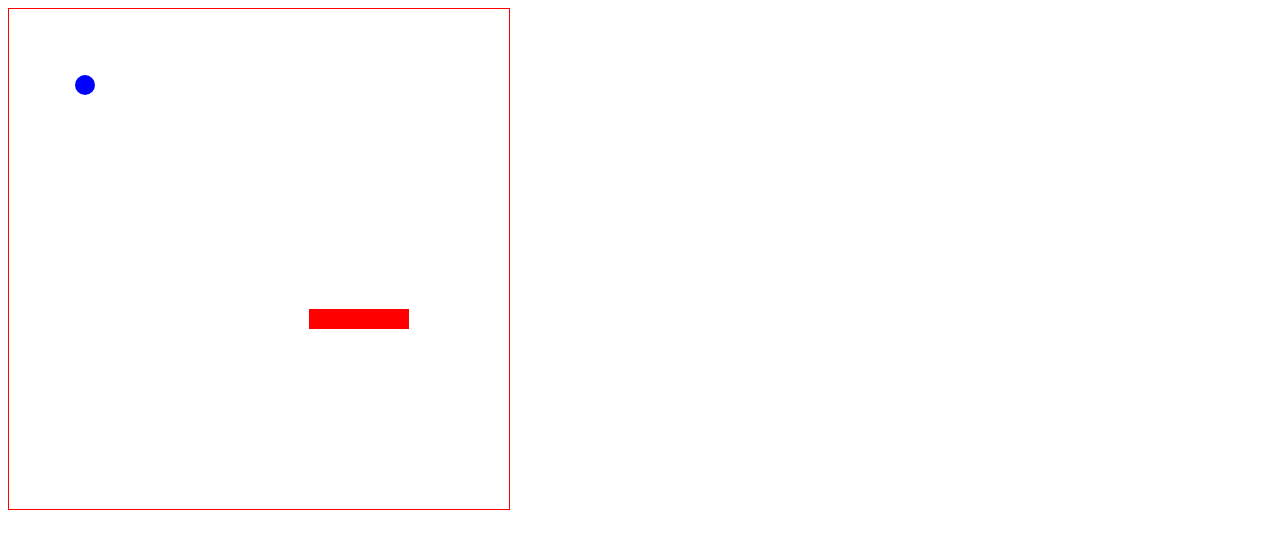
Repository: huynhsang96/CaseJS
Page: Demo_case/index.html
An editor plug-in stored every save of this project. The page is shown before and after the next save, followed by the edit.
The browser window is 1280 px wide. The pictures show the whole page.

Above is the page before, as saved 2022-02-14 12:21:04.

### Demo_case/index.html
<!DOCTYPE html>
<html lang="en">
<head>
    <meta charset="UTF-8">
    <meta http-equiv="X-UA-Compatible" content="IE=edge">
    <meta name="viewport" content="width=device-width, initial-scale=1.0">
    <title>Document</title>
</head>
<body>
    <canvas id="myCanvas" width="500" height="500" style="border:1px solid red;">
        <script src="./ball.js"></script>
        <script src="./main.js"></script>

    <script>

    </script>
</body>
</html>

### Demo_case/ball.js
class Ball{
    constructor(x, y, radius, color){
        this.x = x;
        this.y = y;
        this.radius = radius;
        this.color = color;
        this.canvas = document.getElementById("myCanvas");
        this.ctx = this.canvas.getContext('2d');
    }

    draw(){
        this.ctx.beginPath();
        this.ctx.fillStyle = this.color;
        this.ctx.arc(this.x, this.y, this.radius, 0, Math.PI * 2)
        this.ctx.fill();
        this.ctx.closePath()
    }

    // move(){
    //     this.ctx.clearRect(0,0,this.canvas.Width,this.canvas.height); // xóa canvas
    //     this.draw();
    //     this.x += 5;
    //     requestAnimationFrame(this.move);
    // }
}

### Demo_case/main.js
// let ball1 = new Ball(20,20,20,"blue")
// ball1.draw();
// ball1.move();

const canvas = document.getElementById("myCanvas");
const ctx = canvas.getContext("2d");

let radius = 10;
let x = radius;
let y = radius;

let dx = 3;
let dy = 3;

function drawBall(){
    ctx.beginPath();
    ctx.arc(x,y,radius,0,Math.PI*2);
    ctx.fillStyle = "blue";
    ctx.fill();
    ctx.closePath();
}
drawBall()

function collision(){
    if(x+radius > canvas.width || x < radius ){
        dx = -dx
    }

    if(y+radius > canvas.width || y < radius ){
        dy = -dy
    }
}

function updateBall(){
    x += dx;
    y += dy;
}

function drawBar(){
    ctx.beginPath();
    ctx.rect(300,300,100,20);
    ctx.fillStyle = "red";
    ctx.fill();
    ctx.closePath();
}

function behavior(){
    ctx.clearRect(0,0,canvas.width,canvas.height);
    drawBall()

    collision()

    updateBall()

    drawBar()

    requestAnimationFrame(behavior)
}

behavior()

After the next save:
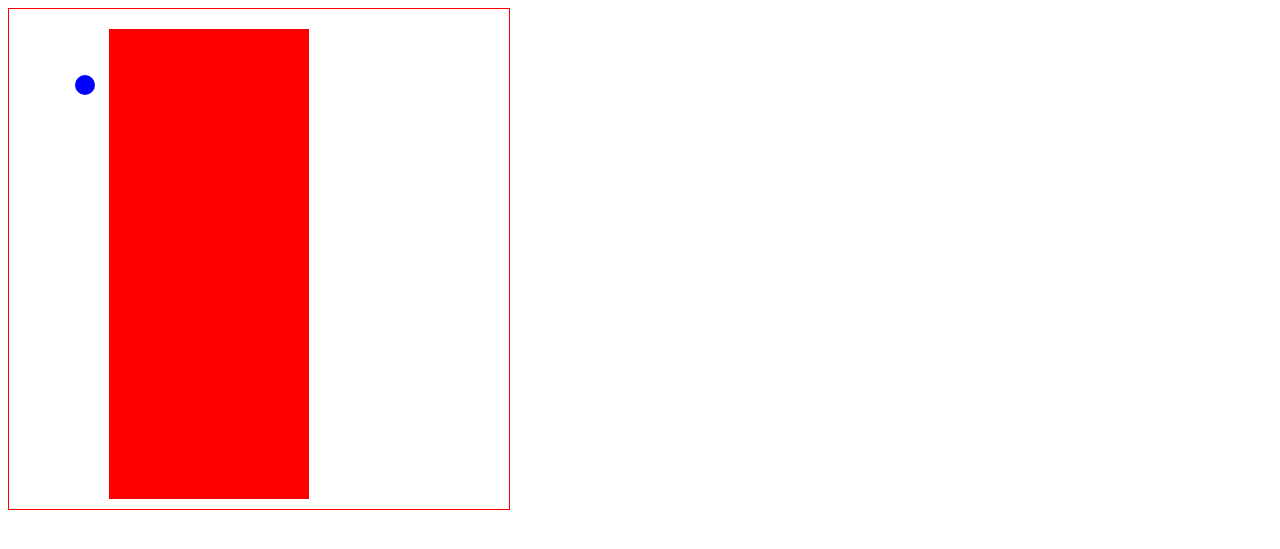
Saved 2 min 33 s later.
--- a/Demo_case/main.js
+++ b/Demo_case/main.js
@@ -11,6 +11,13 @@
 
 let dx = 3;
 let dy = 3;
+
+let bar = {
+    width: 100,
+    height: 20,
+    x: 200,
+    y: canvas.height - 30,
+}
 
 function drawBall(){
     ctx.beginPath();
@@ -38,7 +45,7 @@
 
 function drawBar(){
     ctx.beginPath();
-    ctx.rect(300,300,100,20);
+    ctx.rect(bar.width,bar.height,bar.x,bar.y);
     ctx.fillStyle = "red";
     ctx.fill();
     ctx.closePath();

After the save that followed:
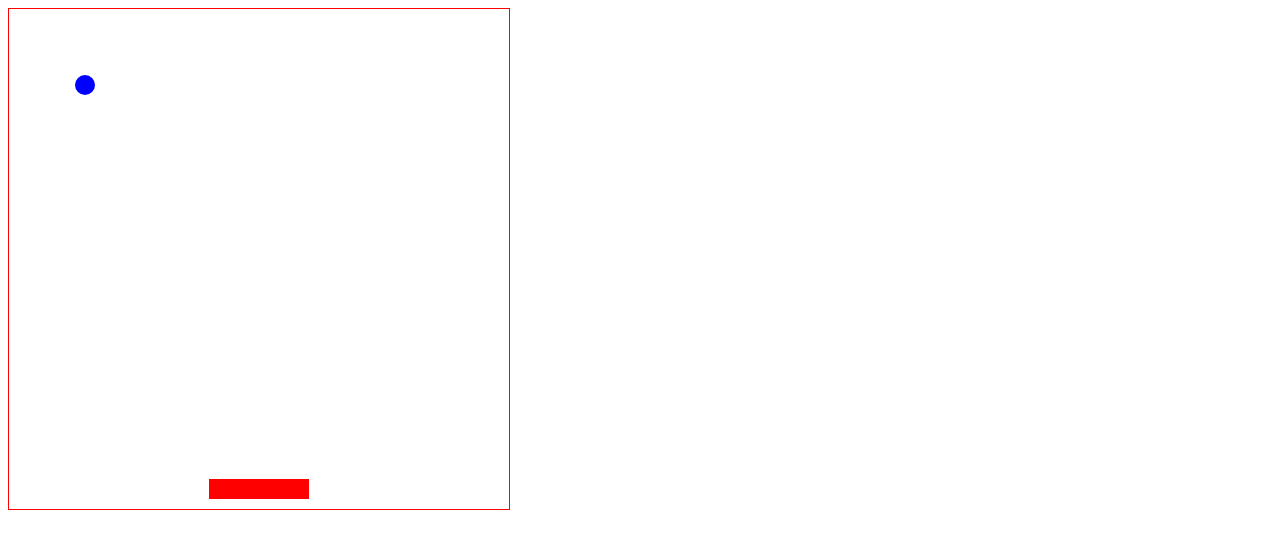
Saved 23 s later.
--- a/Demo_case/main.js
+++ b/Demo_case/main.js
@@ -45,7 +45,7 @@
 
 function drawBar(){
     ctx.beginPath();
-    ctx.rect(bar.width,bar.height,bar.x,bar.y);
+    ctx.rect(bar.x,bar.y,bar.width,bar.height);
     ctx.fillStyle = "red";
     ctx.fill();
     ctx.closePath();
